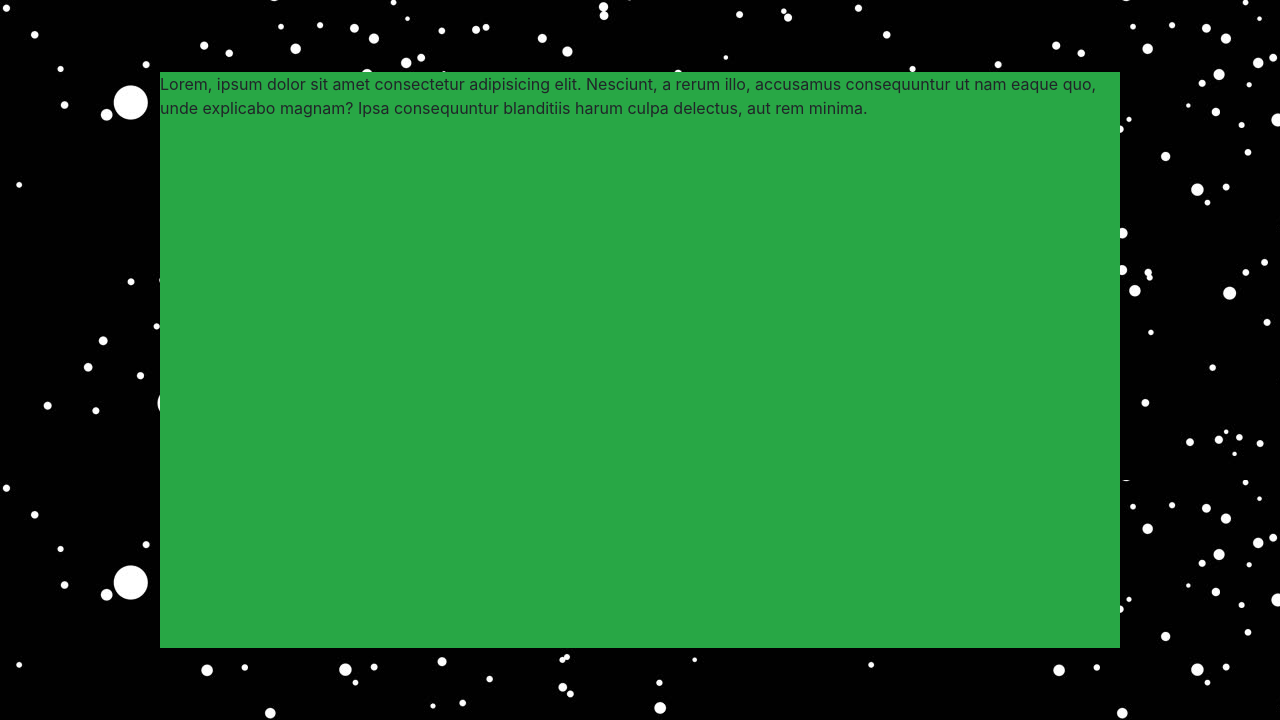
Repository: sylleryum/Frontend
Page: GetTopTracks/index.html
The author's editor kept a copy of each file at every save. The page is drawn from the files as they stood at one save, then again after the next save.
The browser window is 1280 px wide. The pictures show the whole page.

Above is the page before, as saved 2019-10-13 13:57:49.

### GetTopTracks/index.html
<!doctype html>
<html lang="en">
  <head>
    <title>Get top tracks from Artists and albums</title>
    <!-- Required meta tags -->
    <meta charset="utf-8">
    <meta name="viewport" content="width=device-width, initial-scale=1, shrink-to-fit=no">

    <!-- Bootstrap CSS -->
    <link rel="stylesheet" href="https://stackpath.bootstrapcdn.com/bootstrap/4.3.1/css/bootstrap.min.css" integrity="sha384-ggOyR0iXCbMQv3Xipma34MD+dH/1fQ784/j6cY/iJTQUOhcWr7x9JvoRxT2MZw1T" crossorigin="anonymous">

    <!-- main CSS-->
    <link rel="stylesheet" href="style.css">

  </head>
  <body>
      <div class="container-fluid background-master h-100">
          <div class="row align-items-center justify-content-center h-100">
               <div class="h-80 w-75 bg-success" id="internal-container">Lorem, ipsum dolor sit amet consectetur adipisicing elit. Nesciunt, a rerum illo, accusamus consequuntur ut nam eaque quo, unde explicabo magnam? Ipsa consequuntur blanditiis harum culpa delectus, aut rem minima.</div>
          </div>
      </div>








    <!-- Optional JavaScript -->
    <!-- jQuery first, then Popper.js, then Bootstrap JS -->
    <script src="https://code.jquery.com/jquery-3.3.1.slim.min.js" integrity="sha384-q8i/X+965DzO0rT7abK41JStQIAqVgRVzpbzo5smXKp4YfRvH+8abtTE1Pi6jizo" crossorigin="anonymous"></script>
    <script src="https://cdnjs.cloudflare.com/ajax/libs/popper.js/1.14.7/umd/popper.min.js" integrity="sha384-UO2eT0CpHqdSJQ6hJty5KVphtPhzWj9WO1clHTMGa3JDZwrnQq4sF86dIHNDz0W1" crossorigin="anonymous"></script>
    <script src="https://stackpath.bootstrapcdn.com/bootstrap/4.3.1/js/bootstrap.min.js" integrity="sha384-JjSmVgyd0p3pXB1rRibZUAYoIIy6OrQ6VrjIEaFf/nJGzIxFDsf4x0xIM+B07jRM" crossorigin="anonymous"></script>
  </body>
</html>

### GetTopTracks/style.css
.background-master{
     background: url(images/back.jpg) repeat;
}

.h-100{
     min-height: 100vh;
 }

.h-80{
     min-height: 80vh;
 }

After the next save:
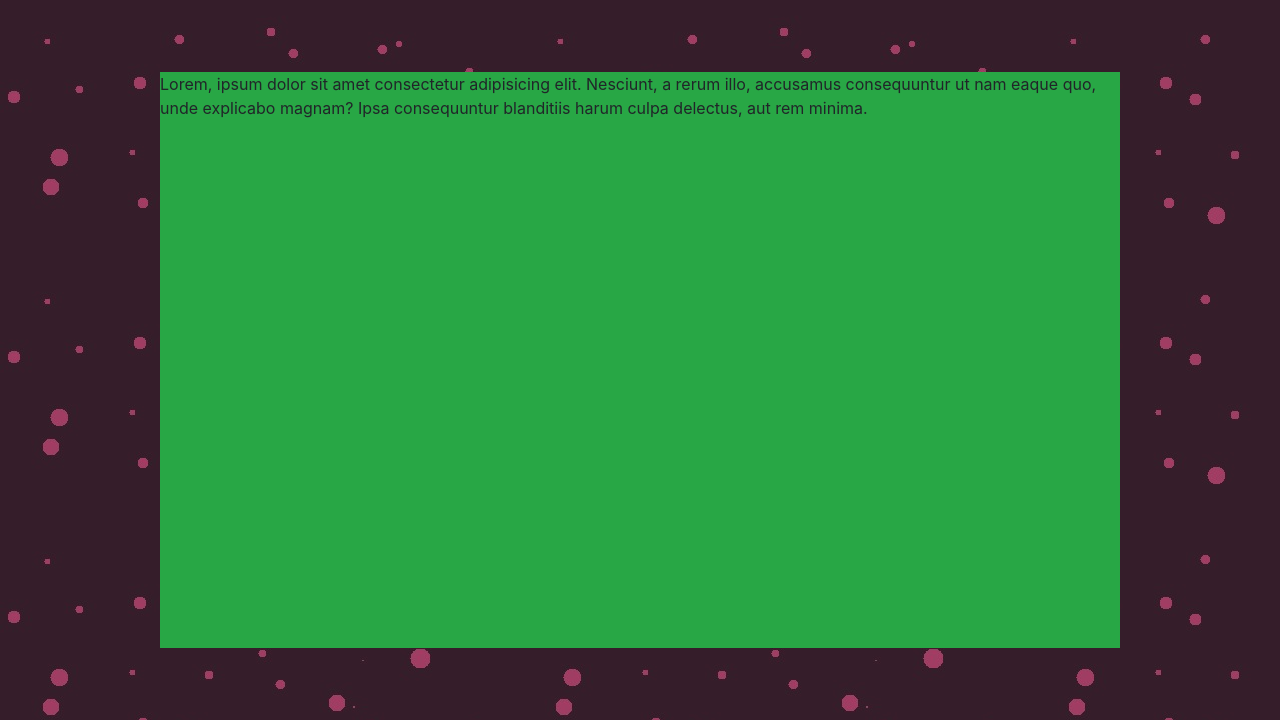
Saved 11 min 25 s later.
--- a/GetTopTracks/style.css
+++ b/GetTopTracks/style.css
@@ -1,5 +1,5 @@
 .background-master{
-     background: url(images/back.jpg) repeat;
+     background: url(images/b1.jpg) repeat;
 }
 
 .h-100{

After the save that followed:
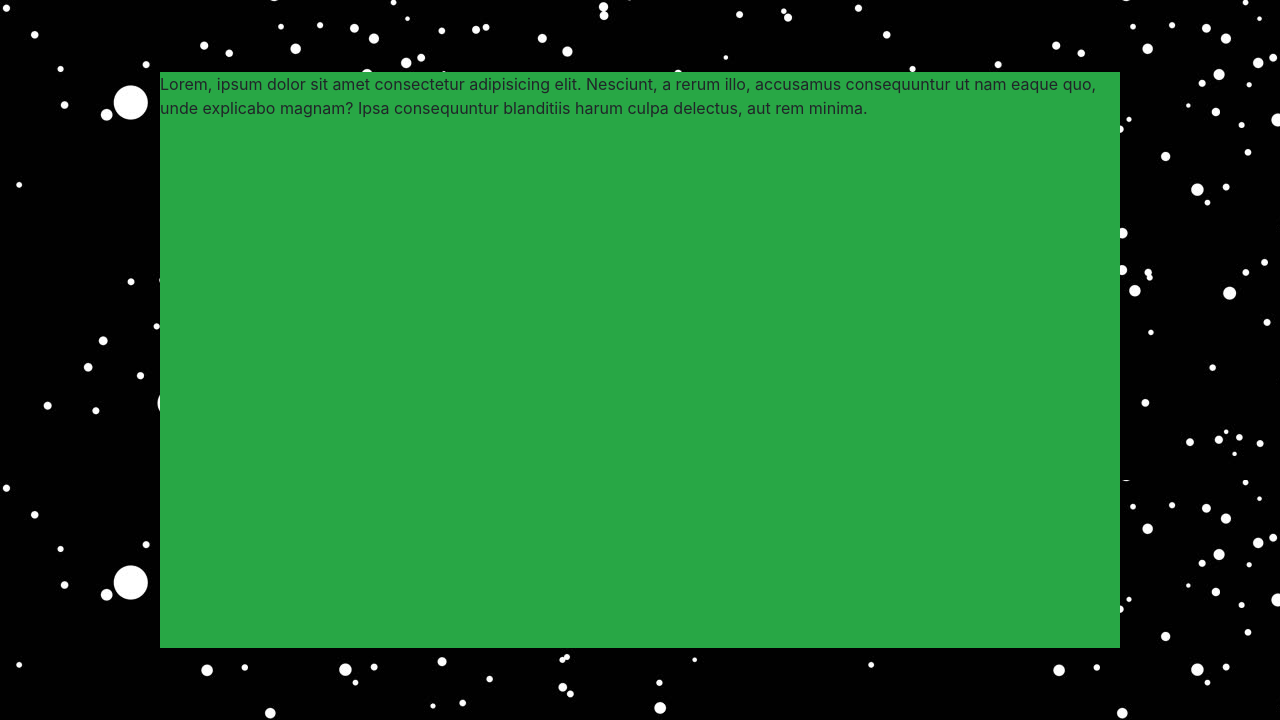
Saved 16 s later.
--- a/GetTopTracks/style.css
+++ b/GetTopTracks/style.css
@@ -1,5 +1,5 @@
 .background-master{
-     background: url(images/b1.jpg) repeat;
+     background: url(images/back.jpg) repeat;
 }
 
 .h-100{
